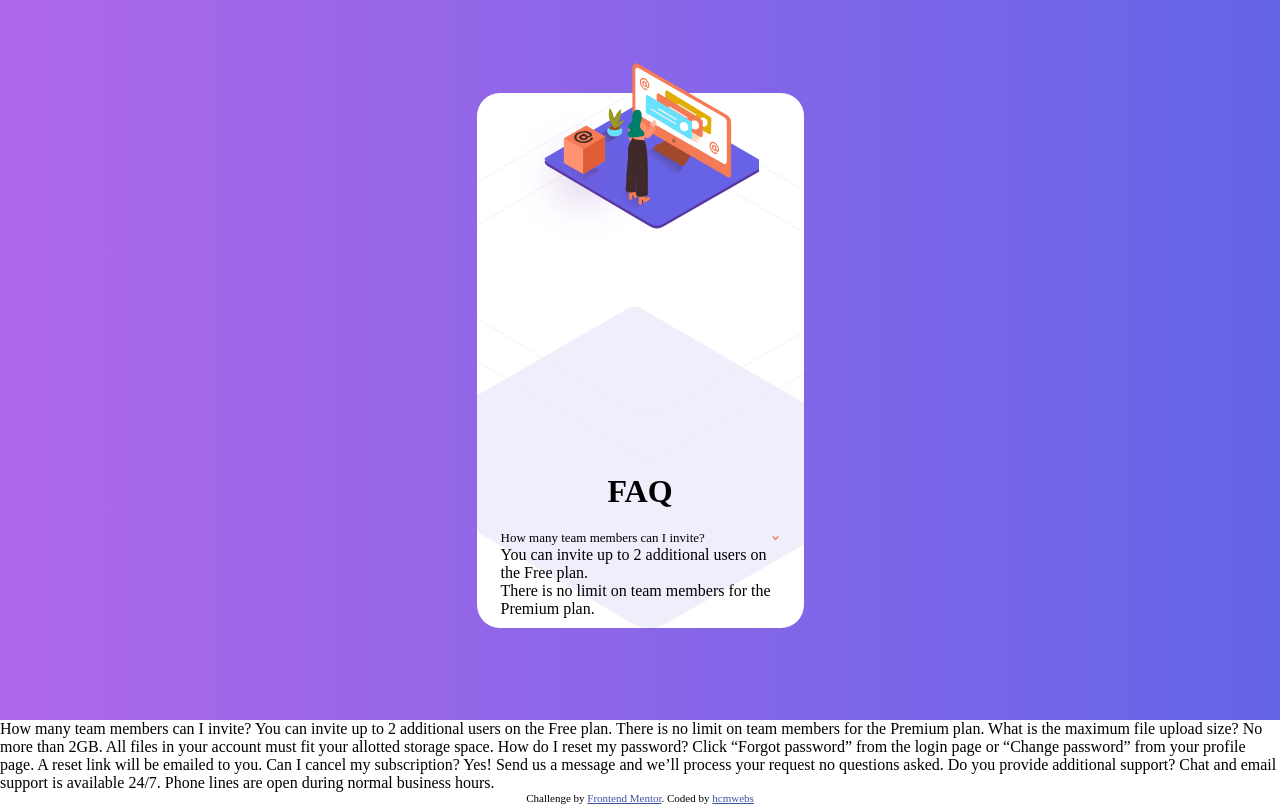
Repository: Hcmwebs/faq-accordion-card
Page: index.html
The author's editor kept a copy of each file at every save. The page is drawn from the files as they stood at one save, then again after the next save.
The browser window is 1280 px wide. The pictures show the whole page.
The style sheet was rebuilt from its Sass, Less or Tailwind sources for each picture, by a compiler version that may differ from the author's.

Above is the page before, as saved 2020-11-06 00:17:47.

After the next save:
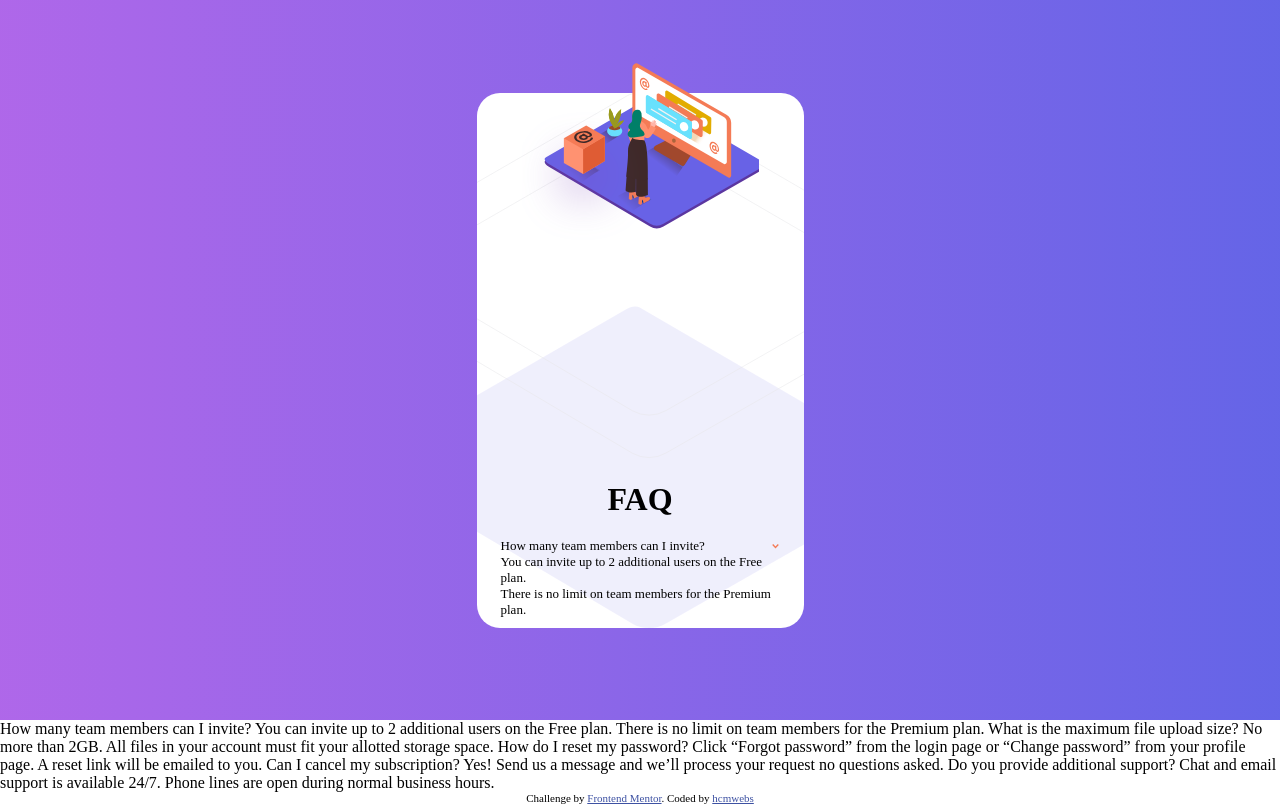
Saved 18 min 29 s later.
--- a/scss/main.scss
+++ b/scss/main.scss
@@ -123,6 +123,11 @@ font-weight: $font-light;
           }
         }
 
+        p{
+          font-size: 13px;
+
+        }
+
       }
 
 
